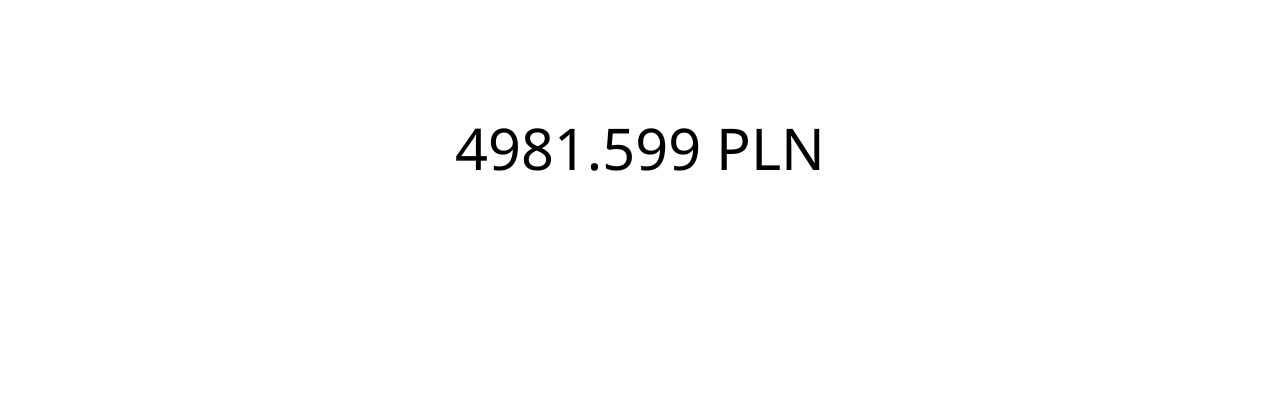
Repository: michalgornicki/bitcoin-virtual
Page: /
The author's editor kept a copy of each file at every save. The page is drawn from the files as they stood at one save, then again after a run of saves.
The browser window is 1280 px wide. The pictures show the whole page.
The project was rebuilt for these pictures with package versions that can differ from the ones it lists, and the page was loaded fresh each time.

Above is the page before, as saved 2021-12-05 20:31:38.

### src/App.jsx
import React, { useState, useEffect } from 'react';
import './App.css';

function App() {

const [bitcoinPrice, setBitcoinPrice] = useState(5000);


const setPrice = () => {
  let randomNumber = parseFloat((Math.random()*20 - 10).toFixed(3));
  setBitcoinPrice(bitcoinPrice => parseFloat((bitcoinPrice + randomNumber).toFixed(3)));
  setTimeout(setPrice, 1000)
  let pln = 1/bitcoinPrice;
}

useEffect(() => {
  setPrice();
}, []);

  return (
    <p>
      <div className="price">{bitcoinPrice} PLN</div>
    </p>
  );
}

export default App;

### src/App.css
body{
    font-family:'Segoe UI', Tahoma, Geneva, Verdana, sans-serif;
}

.price{
    font-size: 8vmin;
    display: block;
    margin: auto;
    margin-top: 15vmin;
    text-align: center;
    width: 30%;
}

Loaded but not shown: public/index.html (common file); src/index.js (common file); src/index.css (common file); src/reportWebVitals.js (common file)

After the next 3 saves:
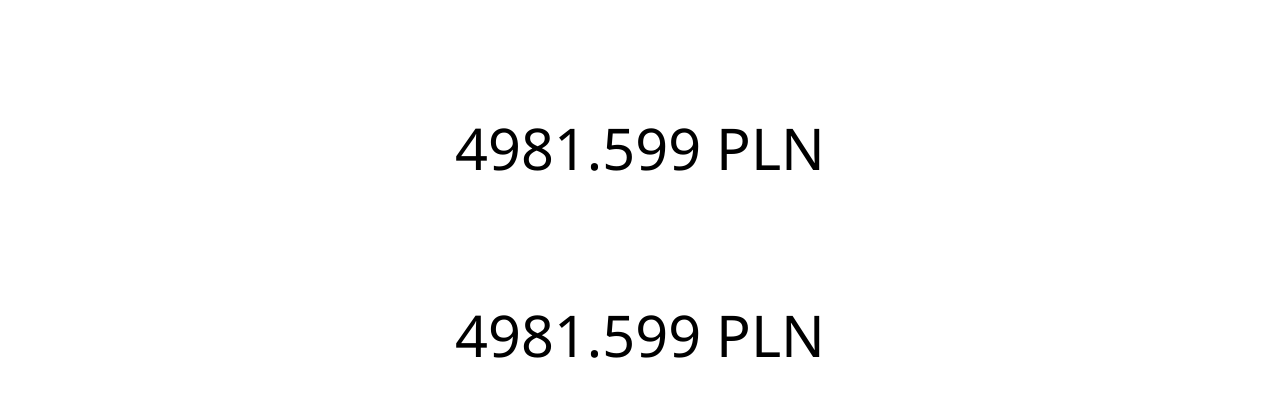
The 3 saves are shown as one change because they came seconds apart.
The last was saved 14 s later.
--- a/src/App.jsx
+++ b/src/App.jsx
@@ -20,6 +20,7 @@ useEffect(() => {
   return (
     <p>
       <div className="price">{bitcoinPrice} PLN</div>
+      <div className="price">{bitcoinPrice} PLN</div>
     </p>
   );
 }
